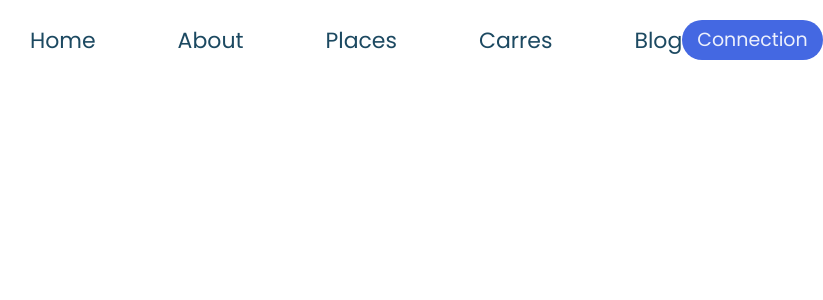
Repository: kuluong2000/travel
Page: index.html
An editor plug-in stored every save of this project. The page is shown before and after the next save, followed by the edit.
The browser window is 600 px wide. The page is 823 px wide, then 787 px, so the pictures cover 823 px, including what lies to the right of the window. The pictures show the whole page.
The style sheet was rebuilt from its Sass, Less or Tailwind sources for each picture, by a compiler version that may differ from the author's.

Above is the page before, as saved 2021-09-03 22:01:07.

After the next save:
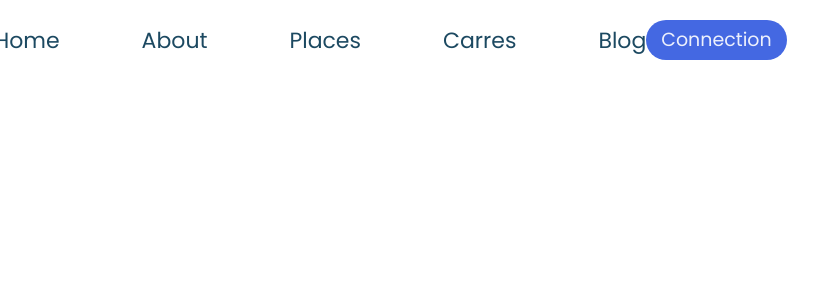
Saved 11 min 8 s later.
--- a/assets/css/responsive.css
+++ b/assets/css/responsive.css
@@ -26,5 +26,9 @@
     }
 }
 @media  (max-width:767px){
-
+    .container{
+        max-width: 100%;
+        padding: 0;
+        margin:0 1%;
+    }
 }
